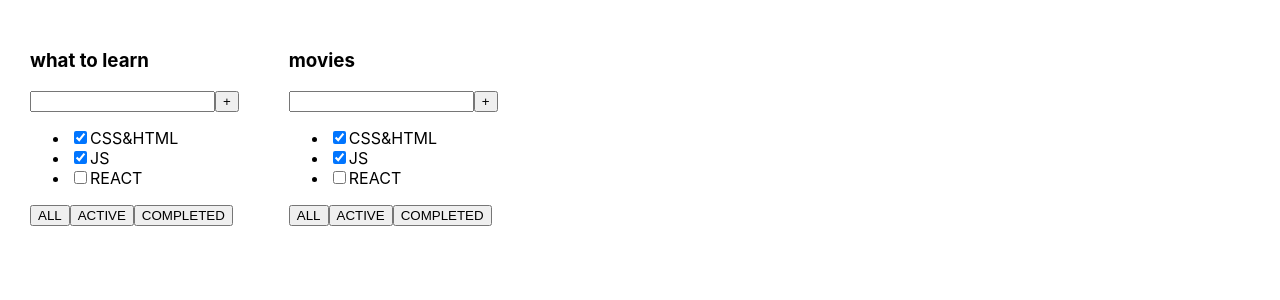
Repository: Grid-Master/myTrello
Page: /
An editor plug-in stored every save of this project. The page is shown before and after the next save, followed by the edit.
The browser window is 1280 px wide. The pictures show the whole page.
The project was rebuilt for these pictures with package versions that can differ from the ones it lists, and the page was loaded fresh each time.

Above is the page before, as saved 2023-01-15 16:37:41.

### src/App.tsx
import './App.css';
import Todolist from './Todolist';

function App() {

  const tasks1 = [
    {
      id: 1,
      title: 'css',
      isDone: true
    },
    {
      id: 2,
      title: 'js',
      isDone: true
    },
    {
      id: 3,
      title: 'react',
      isDone: false
    },
  ]
  const tasks2 = [
    {
      id: 1,
      title: 'avengers',
      isDone: true
    },
    {
      id: 2,
      title: 'terminator',
      isDone: false
    },
    {
      id: 3,
      title: 'prject x',
      isDone: false
    },
  ]

  return (
    <div className="App">
      <Todolist title='what to learn' tasks={tasks1} />
      <Todolist title='movies' tasks={tasks2} />

    </div>
  );
}

export default App;

### src/App.css
.App {
 padding: 30px;
 display: flex;
}

.App>div {
  margin-right: 50px;
}

### src/Todolist.tsx
import React from 'react';

type Props = {
    title: string,
    tasks: {
        id: number
        title: string
        isDone: boolean
    }[]
}

const Todolist = (props:Props) => {
    return (
    <div>
        <h3>{props.title}</h3>
        <div>
            <input />
            <button>+</button>
        </div>
        <ul>
            <li><input type='checkbox' checked={true} /><span>CSS&HTML</span></li>
            <li><input type='checkbox' checked={true} /><span>JS</span></li>
            <li><input type='checkbox' checked={false} /><span>REACT</span></li>
        </ul>
        <div>
            <button>ALL</button>
            <button>ACTIVE</button>
            <button>COMPLETED</button>
        </div>
    </div>
    );
};

export default Todolist;

Loaded but not shown: public/index.html (common file); src/index.tsx (common file); src/index.css (common file); src/reportWebVitals.ts (common file)

After the next save:
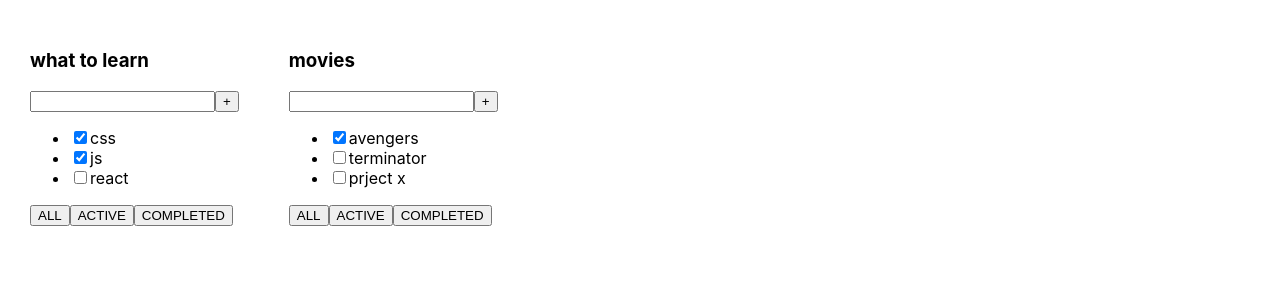
Saved 65 s later.
--- a/src/Todolist.tsx
+++ b/src/Todolist.tsx
@@ -18,9 +18,9 @@ const Todolist = (props:Props) => {
             <button>+</button>
         </div>
         <ul>
-            <li><input type='checkbox' checked={true} /><span>CSS&HTML</span></li>
-            <li><input type='checkbox' checked={true} /><span>JS</span></li>
-            <li><input type='checkbox' checked={false} /><span>REACT</span></li>
+            <li><input type='checkbox' checked={props.tasks[0].isDone} /><span>{props.tasks[0].title}</span></li>
+            <li><input type='checkbox' checked={props.tasks[1].isDone} /><span>{props.tasks[1].title}</span></li>
+            <li><input type='checkbox' checked={props.tasks[2].isDone} /><span>{props.tasks[2].title}</span></li>
         </ul>
         <div>
             <button>ALL</button>
